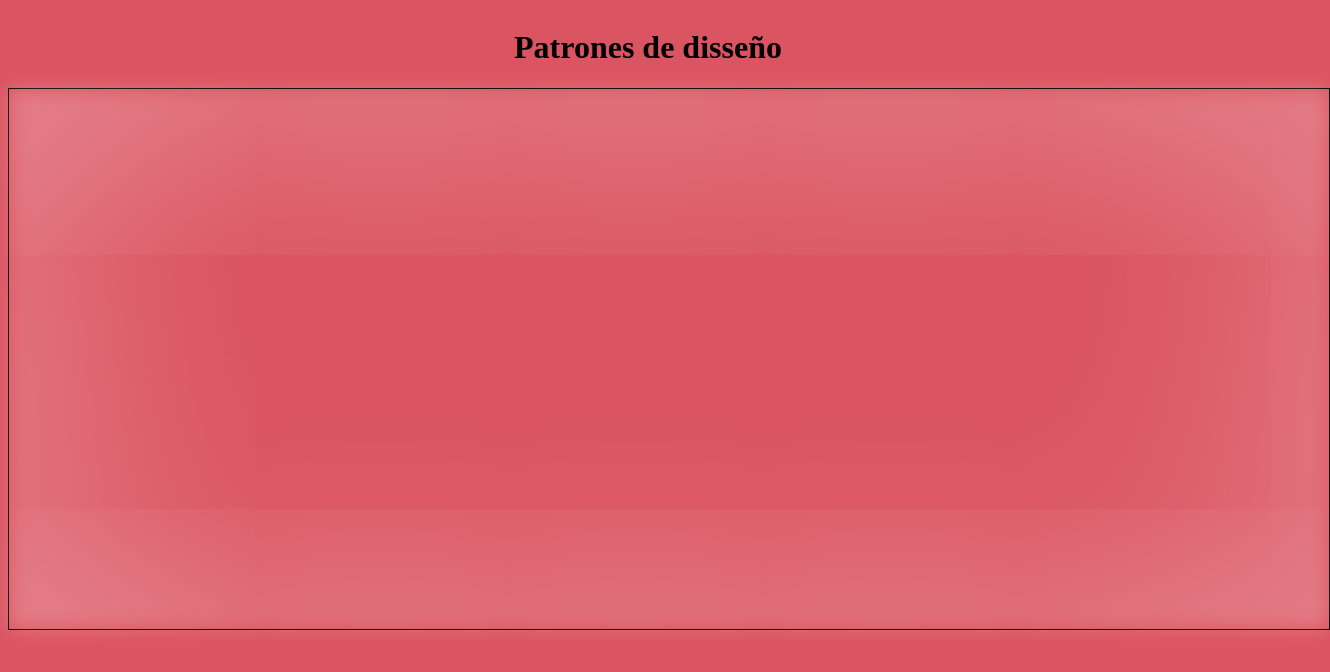
Repository: nrsWebs/design-pattern-es
Page: index.html
These files come from the project's save history. The page is drawn as it stood at one moment and after the next save; the edit follows.
The browser window is 1280 px wide. The page is 1330 px wide, so the pictures cover 1330 px, including what lies to the right of the window. The pictures show the whole page.

Above is the page before, as saved 2021-02-06 18:18:21.

After the next save:
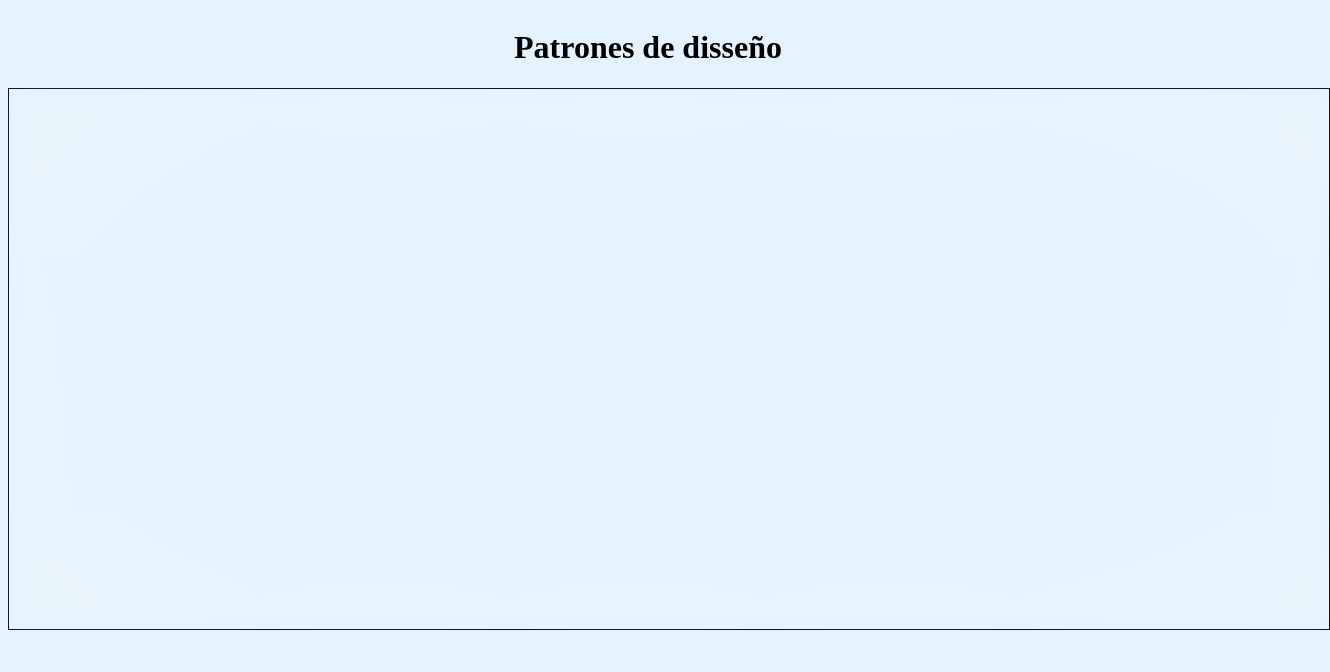
Saved 2 min 12 s later.
--- a/source/main.css
+++ b/source/main.css
@@ -1,10 +1,10 @@
 :root {
-    --main: #F5F5F5;
+    --main: #E3F2FD;
     --secondary: #E3F2FD;
     --auxiliar: #DB5461
   }
 body {
-    background-color: var(--auxiliar);
+    background-color: var(--main);
     display: flex;
     justify-content: center;
     width: 100%;
